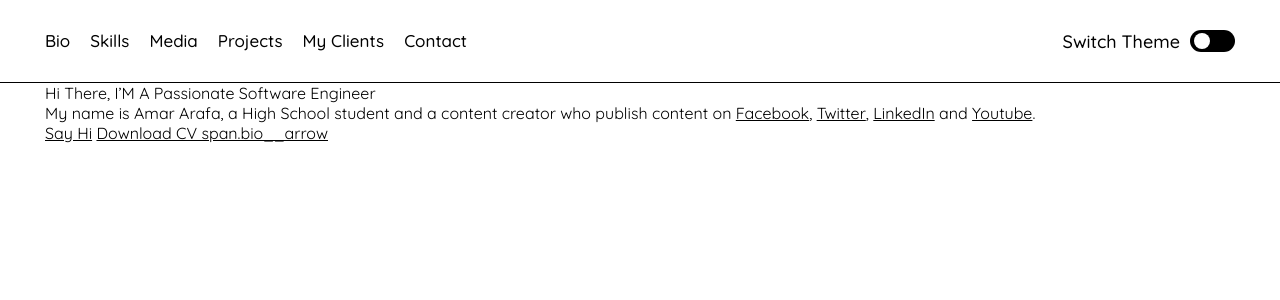
Repository: benarafa1/personal-website
Page: index.html
These files come from the project's save history. The page is drawn as it stood at one moment and after the next save; the edit follows.
The browser window is 1280 px wide. The pictures show the whole page.

Above is the page before, as saved 2025-04-12 05:54:52.

After the next save:
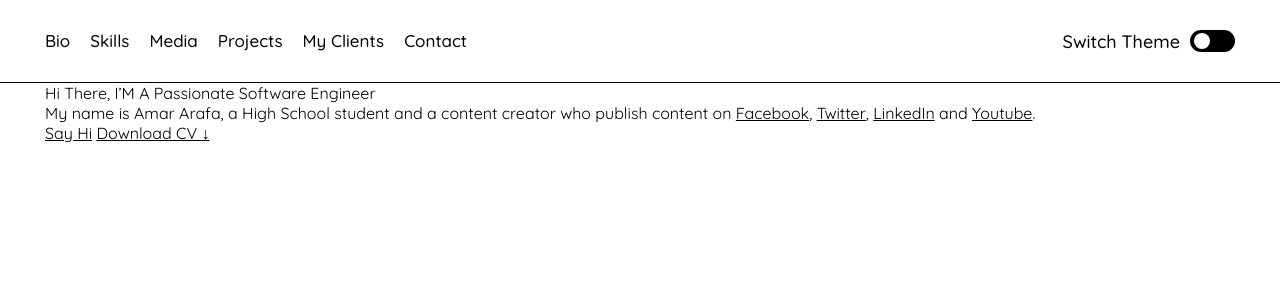
Saved 24 s later.
--- a/index.html
+++ b/index.html
@@ -52,7 +52,7 @@
         </p>
         <a href="#" class="bio__links say-hi-link">Say Hi</a>
         <a href="#" class="bio__links download-cv-link"
-          >Download CV span.bio__arrow</a
+          >Download CV <span class="bio__arrow">↓</span></a
         >
       </section>
     </div>
